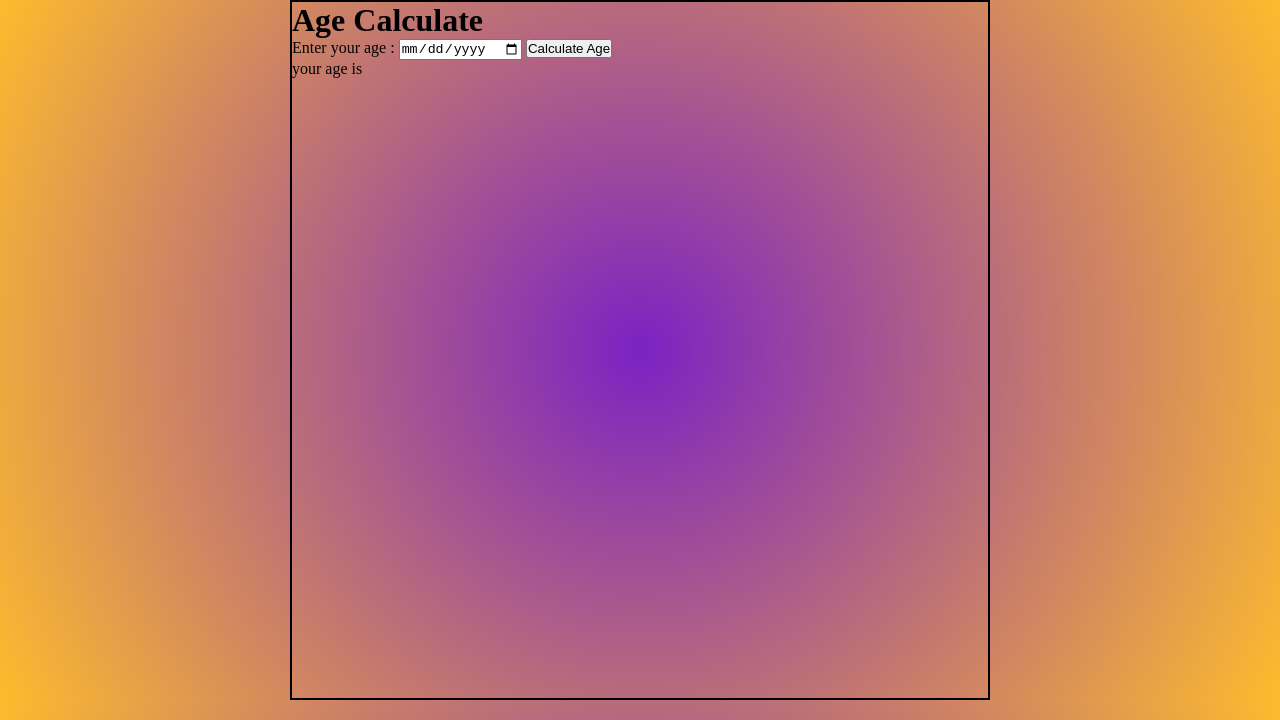
Repository: sristigupta04/basic-js-project
Page: age calculator/age.html
An editor plug-in stored every save of this project. The page is shown before and after the next save, followed by the edit.
The browser window is 1280 px wide. The pictures show the whole page.

Above is the page before, as saved 2025-11-07 15:02:55.

After the next save:
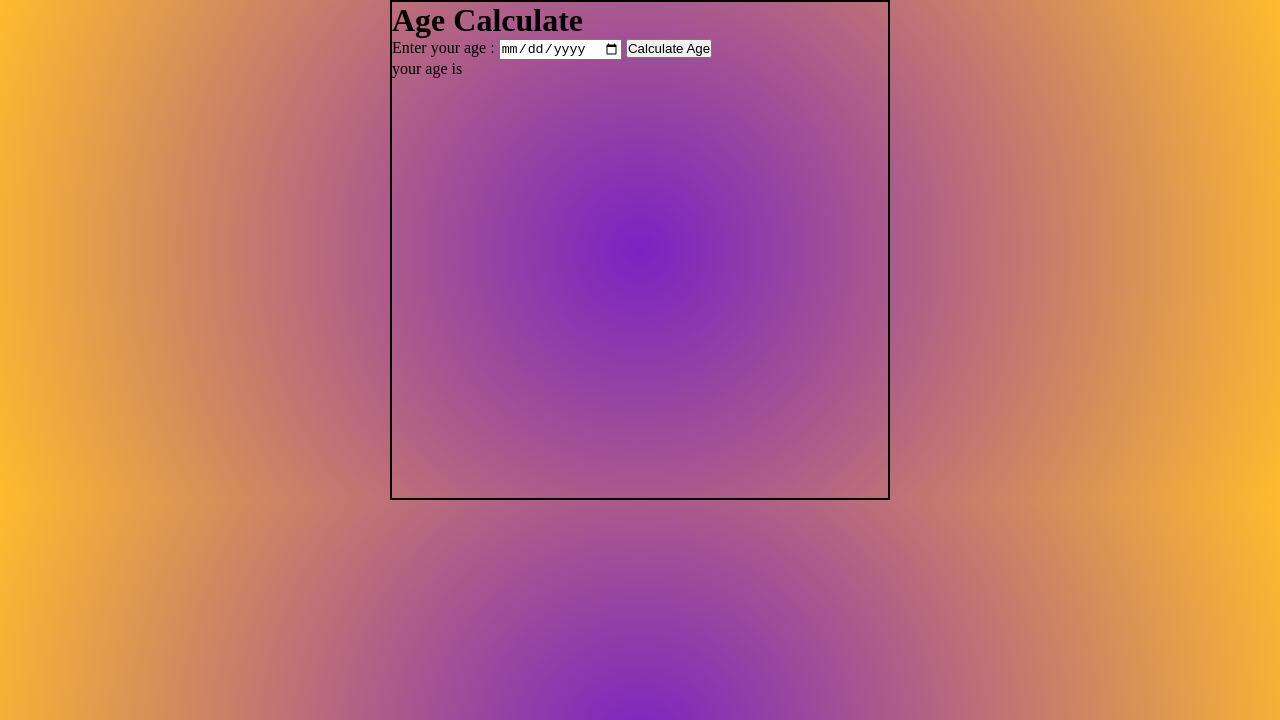
Saved 11 s later.
--- a/age calculator/age.css
+++ b/age calculator/age.css
@@ -13,6 +13,6 @@ background: radial-gradient(circle, rgba(123, 34, 195, 1) 0%, rgba(253, 187, 45,
 
 .main{
     border:2px solid black;
-    height: 700px;
-    width: 700px;;;
+    height: 500px;
+    width: 500px;;;
 }
